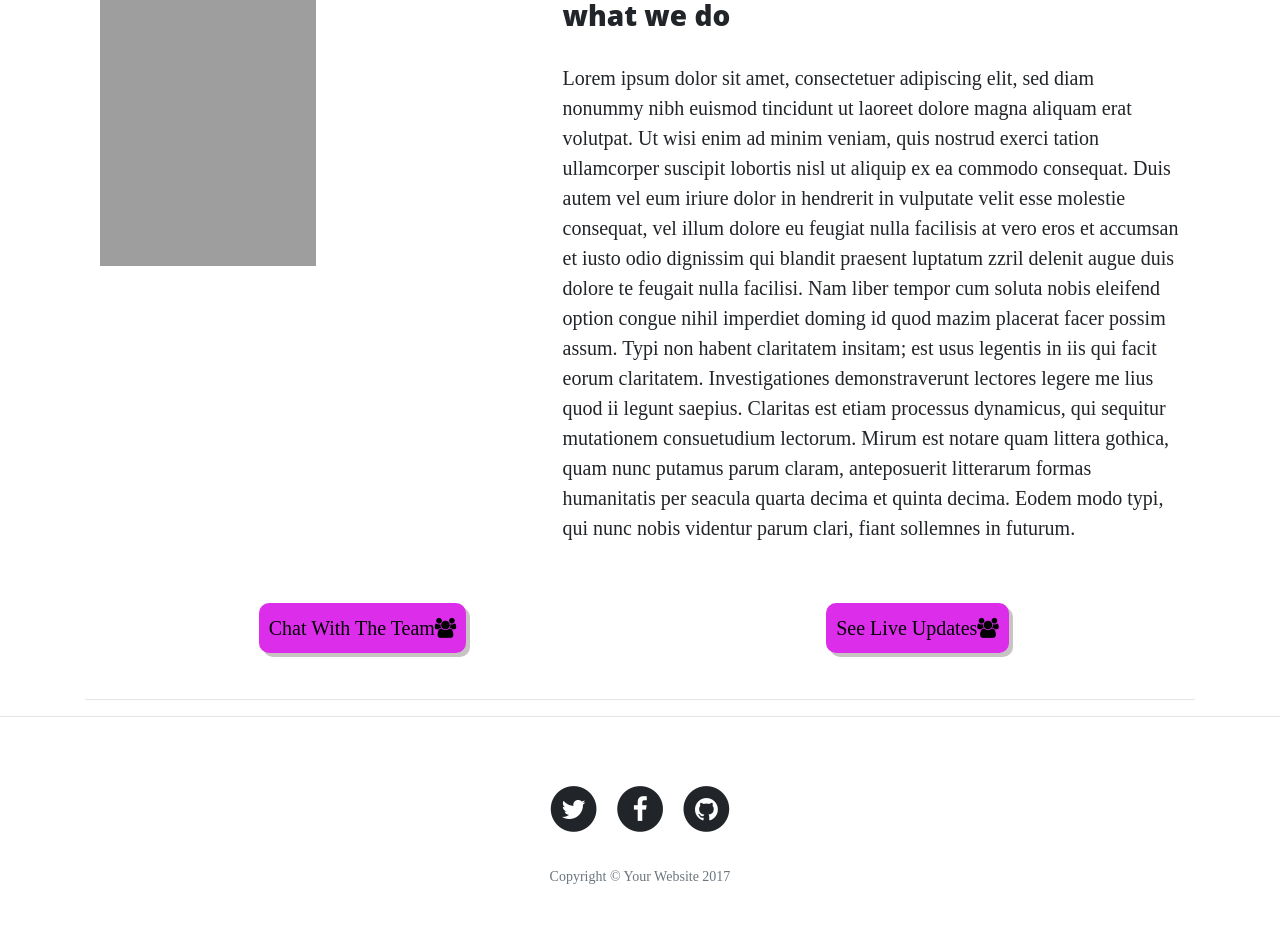
Repository: cachimiro/los-pochoclos
Page: http://localhost/charity
The author's editor kept a record of every edit. The page is drawn from the files as they stood at one moment, then again after the next edit.
The browser window is 1280 px wide. The pictures show the part of the page from y = 1902 to 2854 px (the page is 2854 px tall).
Pictures or frames that could not be fetched are drawn as grey boxes. The page is served by the project's application, run on Flask 3 (run.py).

Above is the page before.

After the next edit:
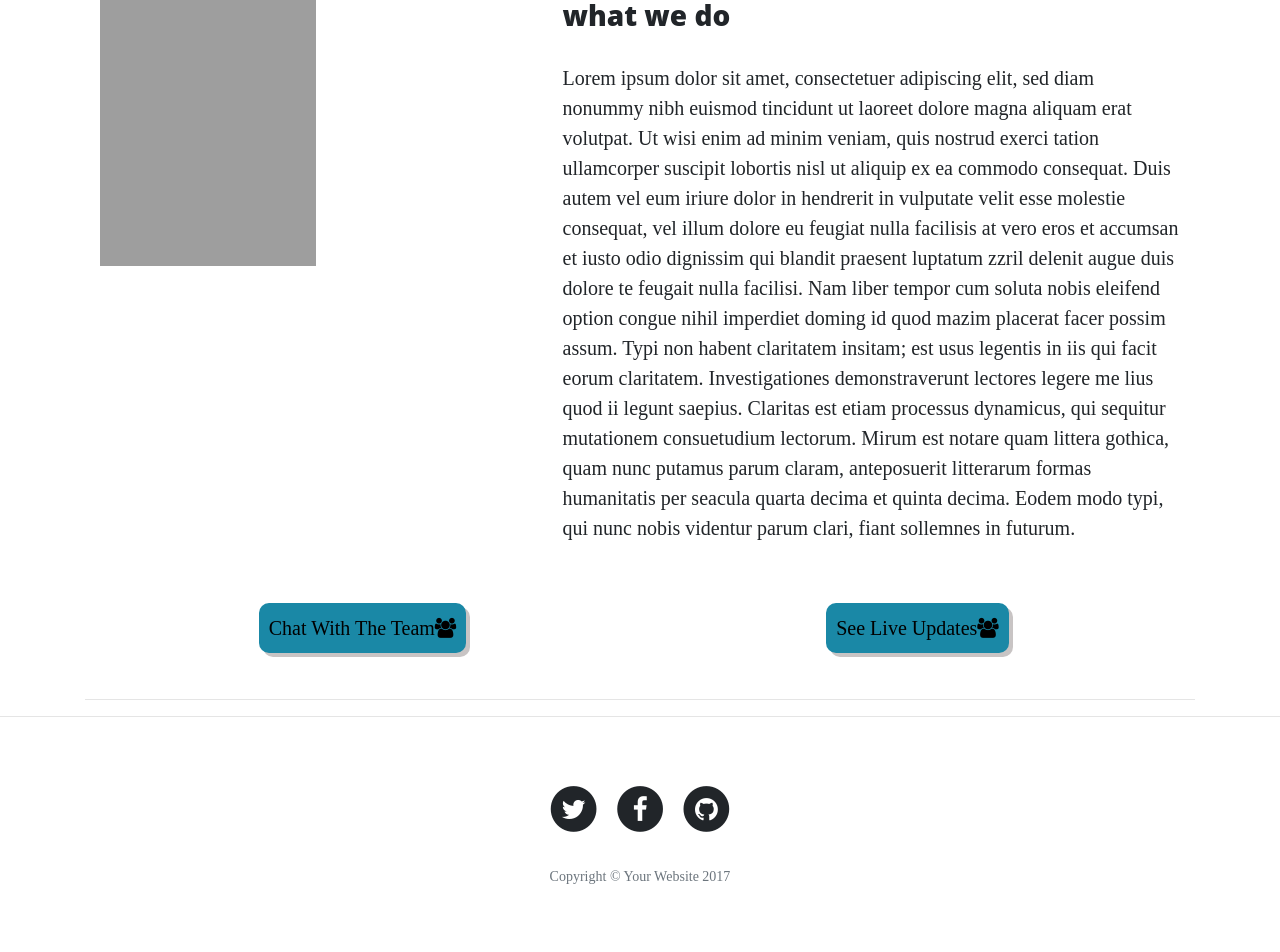
The edit:
--- a/templates/charity.html
+++ b/templates/charity.html
@@ -70,7 +70,7 @@
   margin: 20px;
   border-radius: 10px;
   text-decoration:none;
-  background-color:#dc2deb;
+  background-color:#1a88a6;
   border:none;
   box-shadow: 4px 4px #c8c4c4;
 }
